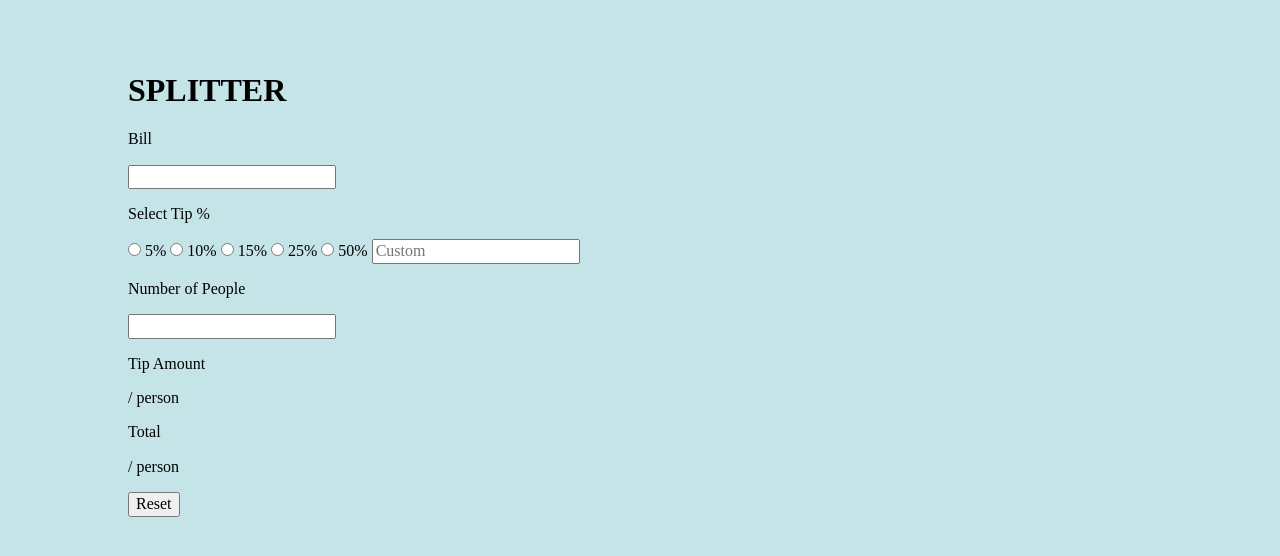
Repository: Jay-JYKim91/FM_tip-calculator
Page: index.html
These files come from the project's save history. The page is drawn as it stood at one moment and after the next save; the edit follows.
The browser window is 1280 px wide. The pictures show the whole page.

Above is the page before, as saved 2021-12-21 12:47:27.

After the next save:
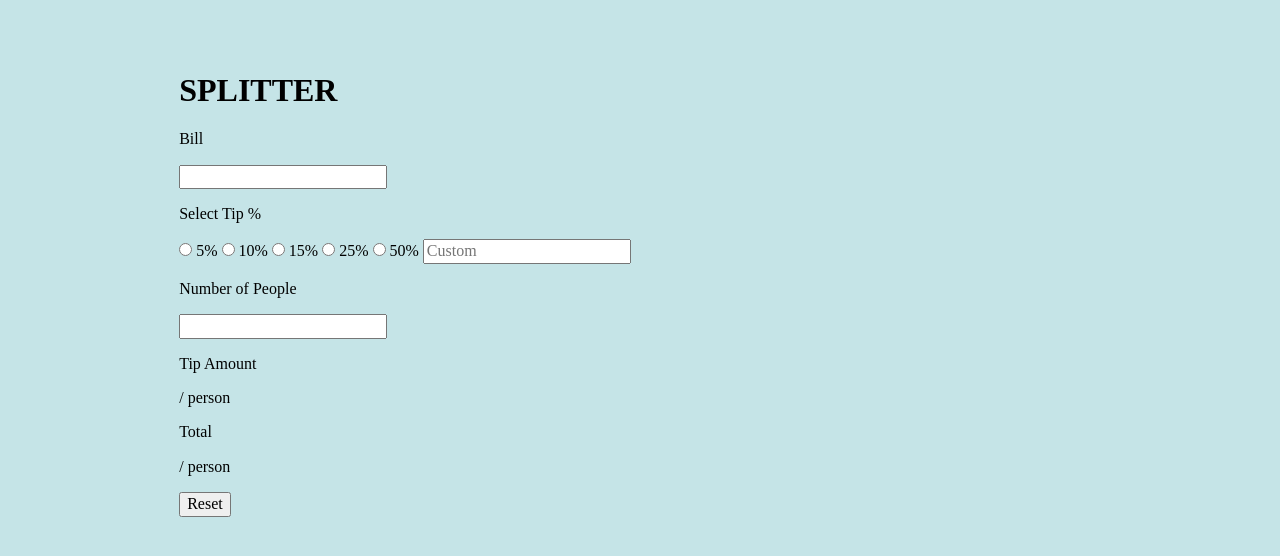
Saved 35 s later.
--- a/style.css
+++ b/style.css
@@ -13,7 +13,7 @@ body {
   background-color: var(--light-grayish-cyan1);
 }
 .container {
-  margin: 10vh 10vw;
+  margin: 10vh 14vw;
 }
 /* Tablet size */
 @media (min-width: 768px) and (max-width: 1023px) {
